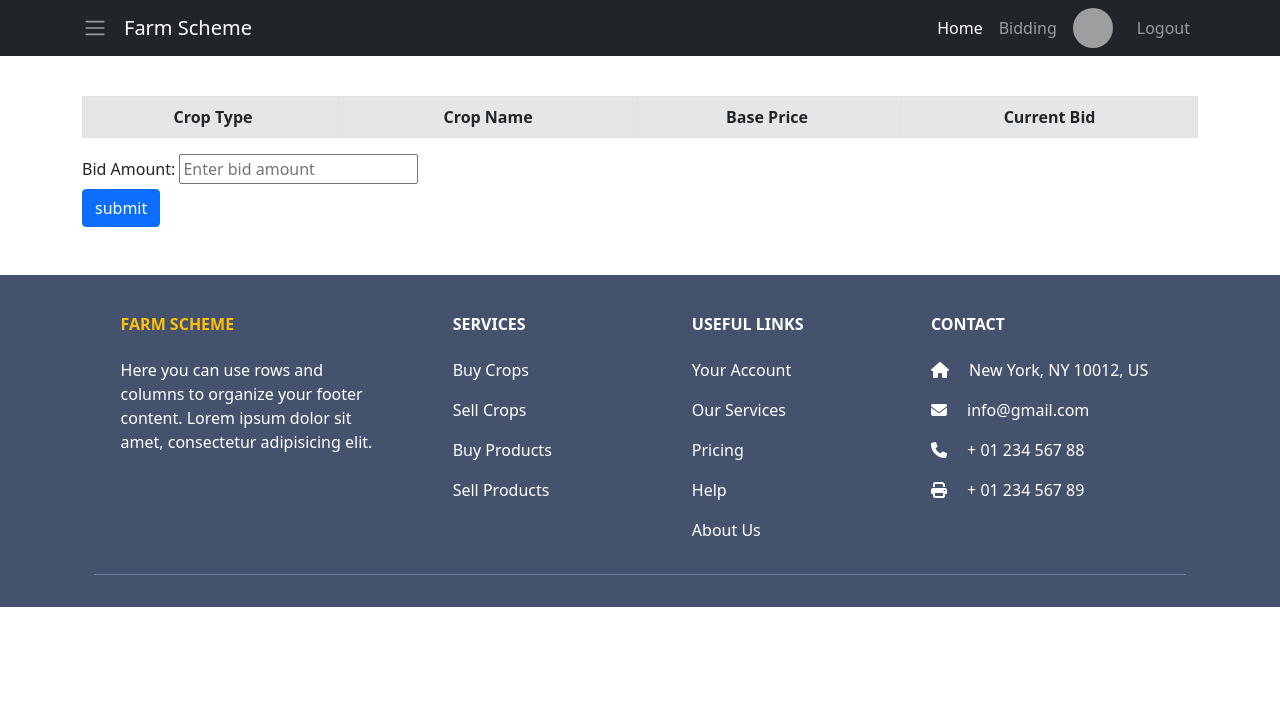
Repository: lavakumar17/Farmscheme
Page: http://localhost/demo/bidder/dashboard.jsp
An editor plug-in stored every save of this project. The page is shown before and after the next save, followed by the edit.
The browser window is 1280 px wide. The pictures show the whole page.
Pictures or frames that could not be fetched are drawn as grey boxes. Some web libraries are served in a nearby version. The page is served by Tomcat 9. Other server files are loaded and not shown. The template is opened directly, without the code that normally fills it, so the values that code supplies are empty.

Above is the page before, as saved 2022-06-23 05:06:39.

### MainProject/demo/src/main/webapp/bidder/dashboard.jsp
<%@ page language="java" contentType="text/html; charset=ISO-8859-1"
    pageEncoding="ISO-8859-1" isELIgnored="false"%>
    <%@taglib  uri="http://java.sun.com/jsp/jstl/core" prefix="c" %>
<!DOCTYPE html>
<html lang="en">
<head>
    <meta charset="UTF-8">
    <meta http-equiv="X-UA-Compatible" content="IE=edge">
    <meta name="viewport" content="width=device-width, initial-scale=1.0">
    <!-- Font awesome -->
    <%@include file="../fontawesome.jsp" %>
    <!-- BootStrap css and JavaScript links -->
    <%@include file="bootstrap_links.jsp" %>
    <title>Document</title>
    <!-- custom stylesheet -->
    <link href="../css/dashboard.css" rel="stylesheet"/>
</head>
<body>
<nav class="navbar navbar-expand-lg navbar-dark bg-dark fixed-top">
    <div class="container-fluid container">
      <button class="navbar-toggler-icon btn btn-default" id="menu-toggle"><a href="#menu-toggle"></a></button>
      <a class="navbar-brand pl-3" href="">Farm Scheme</a>
      <button
        class="navbar-toggler"
        type="button"
        data-bs-toggle="collapse"
        data-bs-target="#navbarNavDropdown"
        aria-controls="navbarNavDropdown"
        aria-expanded="false"
        aria-label="Toggle navigation"
      >
        <span class="navbar-toggler-icon"></span>
      </button>
      <div class="collapse navbar-collapse" id="navbarNavDropdown">
        <ul class="navbar-nav ms-auto">
          <li class="nav-item">
            <a class="nav-link active" aria-current="page" href="/receptionist/dashboard">Home</a>
          </li>
          <li class="nav-item">
            <a class="nav-link" href="/receptionist/availableRooms">Bidding</a>
          </li>
          <!-- <li class="nav-item">
            <a class="nav-link" href="#">Features</a>
          </li> -->
<!--           <li class="nav-item">
            <a class="nav-link" href="/receptionist/pricing">Insurance</a>
          </li> -->
          <li>
            <div class="d-sm-flex pl-2">
              <div class="d-none d-md-block">
                <img src="http://randomuser.me/api/portraits/men/12.jpg" class="rounded-circle d-none d-md-block" alt="" style="overflow: hidden; width: 40px; height: 40px;">
              </div>
              <a class="nav-link" href="#">
                   ${rname}
              </a>
          </li>
          <li>
            <a href="/logout" class="nav-link">Logout</a>
<!--             <form name="logoutForm" action="/logout" method="post" hidden="true">
      				<input hidden type="submit" value="/Logout"/>
			</form>  -->
          </li>
        </ul>
      </div>
    </div>
  </nav>
<br><br>
    <div id="wrapper" class="toggled">

        <!-- Sidebar -->
        <div id="sidebar-wrapper">
            <ul class="sidebar-nav">
                <li class="sidebar-brand">
                  <!-- <div class="container"> -->
                    <div class="d-sm-flex">
                    <div class="d-none d-sm-block">
                      <i class="fa fa-user-circle-o text-warning pt-3" aria-hidden="true" style="font-size:30px;"></i>
                </div>
                    <a href="#">
                        ${rname}
                    </a>
                  </div>
                <!-- </div> -->
                </li>
                <li>
                    <a href="/receptionist/dashboard.jsp">Dashboard</a>
                </li>
                <li>
                    <a href="javascript:document.bookRoomForm.submit()">Place Bid</a>

                </li>
                <li>
                    <a href="javascript:document.bookingInfoForm.submit()">Purchase History</a>
                </li>
                <li>
                  <a href="javascript:document.checkBillForm.submit()">View Market Place</a>
              </li>
                <li>
                  <a href="/logout">Logout</a>
                </li>
            </ul>
        </div>

        <!-- /#sidebar-wrapper -->
        <br><br>

        <section>
<div class="container">
<table class="table table-bordered table-striped text-center table-responsive-md">
<tr>
<th>Crop Type</th>
<th>Crop Name</th>
<th>Base Price</th>
<th>Current Bid</th>
</tr>
<c:forEach var="sellRequest" items="${sellRequest}" varStatus="status">
<tr>
<td>${sellRequest.cropType }</td>
<td>${sellRequest.cropName }</td>
<td>${1000 }</td>
<td>${cBid }</td>
</tr>
</c:forEach>
</table>
</div>
</section>
<div class="container">
<form action="/bidder/bidAmount" method="post">
<label>Bid Amount:</label>
<input type="text" name="bidAmount" placeholder="Enter bid amount"><br>
<button class="btn btn-primary" type="submit">submit</button>
</form>
</div>
<br><br>
<!-- Footer -->
<%@include file="footer.jsp" %>
<script>
if ( window.history.replaceState ) {
  window.history.replaceState( null, null, "/bidder/dashboard.jsp" );
}
</script>
</body>
</html>

### MainProject/demo/src/main/webapp/fontawesome.jsp
<%@ page language="java" contentType="text/html; charset=ISO-8859-1"
    pageEncoding="ISO-8859-1"%>
    <!-- Font awesome -->
<script src="https://kit.fontawesome.com/29ed69fada.js" crossorigin="anonymous"></script>

### MainProject/demo/src/main/webapp/bidder/bootstrap_links.jsp
<!-- CSS only -->
<link rel="stylesheet" href="https://cdn.jsdelivr.net/npm/bootstrap@4.4.1/dist/css/bootstrap.min.css">
<link href="https://cdn.jsdelivr.net/npm/bootstrap@5.1.3/dist/css/bootstrap.min.css" rel="stylesheet"/>

<!-- JavScript Bundle with Popper -->
<script src="https://code.jquery.com/jquery-3.4.1.slim.min.js"></script>
<script src="https://cdn.jsdelivr.net/npm/popper.js@1.16.0/dist/umd/popper.min.js" ></script>
<script src="https://cdn.jsdelivr.net/npm/bootstrap@4.4.1/dist/js/bootstrap.min.js" ></script>
<script src="https://cdn.jsdelivr.net/npm/bootstrap@5.1.3/dist/js/bootstrap.bundle.min.js"></script>

### MainProject/demo/src/main/webapp/bidder/footer.jsp
<!-- Footer -->
  <footer
          class="text-center text-lg-start text-white"
          style="background-color: #45526e"
          id="footer"
          >
    <!-- Grid container -->
    <div class="container p-4 pb-0">
      <!-- Section: Links -->
      <section class="">
        <!--Grid row-->
        <div class="row">
          <!-- Grid column -->
          <div class="col-md-3 col-lg-3 col-xl-3 mx-auto mt-3">
            <h6 class="text-uppercase mb-4 font-weight-bold">
              <span class="text-warning">FARM SCHEME</span>
            </h6>
            <p>
              Here you can use rows and columns to organize your footer
              content. Lorem ipsum dolor sit amet, consectetur adipisicing
              elit.
            </p>
          </div>
          <!-- Grid column -->

          <hr class="w-100 clearfix d-md-none" />

          <!-- Grid column -->
          <div class="col-md-2 col-lg-2 col-xl-2 mx-auto mt-3">
            <h6 class="text-uppercase mb-4 font-weight-bold">SERVICES</h6>
            <p>
              <a class="text-white">Buy Crops</a>
            </p>
            <p>
              <a class="text-white">Sell Crops</a>
            </p>
            <p>
              <a class="text-white">Buy Products</a>
            </p>
            <p>
              <a class="text-white">Sell Products</a>
            </p>
          </div>
          <!-- Grid column -->

          <hr class="w-100 clearfix d-md-none" />

          <!-- Grid column -->
          <div class="col-md-3 col-lg-2 col-xl-2 mx-auto mt-3">
            <h6 class="text-uppercase mb-4 font-weight-bold">
              Useful links
            </h6>
            <p>
              <a class="text-white">Your Account</a>
            </p>
            <p>
              <a class="text-white">Our Services</a>
            </p>
            <p>
              <a class="text-white">Pricing</a>
            </p>
            <!-- <p>
              <a class="text-white">Become an Affiliate</a>
            </p> -->
            <p>
              <a class="text-white">Help</a>
            </p>
            <p>
              <a class="text-white">About Us</a>
            </p>
          </div>

          <!-- Grid column -->
          <hr class="w-100 clearfix d-md-none" />

          <!-- Grid column -->
          <div class="col-md-4 col-lg-3 col-xl-3 ms-auto mt-3">
            <h6 class="text-uppercase mb-4 font-weight-bold">Contact</h6>
            <p><i class="fas fa-home mr-3"></i> New York, NY 10012, US</p>
            <p><i class="fas fa-envelope mr-3"></i> info@gmail.com</p>
            <p><i class="fas fa-phone mr-3"></i> + 01 234 567 88</p>
            <p><i class="fas fa-print mr-3"></i> + 01 234 567 89</p>
          </div>
          <!-- Grid column -->
        </div>
        <!--Grid row-->
      </section>
      <!-- Section: Links -->

      <hr class="my-3">

      <!-- Section: Copyright -->
      <section class="p-3 pt-0">
        <div class="row d-flex align-items-center">
          <!-- Grid column -->
          <div class="col-md-7 col-lg-8 text-center text-md-start">
            <!-- Copyright -->
            <!-- <div class="p-3">
              © 2020 Copyright:
              <a class="text-white" href="https://mdbootstrap.com/"
                 >farmscheme.com</a
                >
            </div> -->
            <!-- Copyright -->
          </div>
          <!-- Grid column -->

          <!-- Grid column -->
         <!--  <div class="col-md-5 col-lg-4 ml-lg-0 text-center text-md-end">
            Facebook
            <a
               class="btn btn-outline-light btn-floating m-1"
               class="text-white"
               role="button"
               ><i class="fab fa-facebook-f"></i
              ></a>

            Twitter
            <a
               class="btn btn-outline-light btn-floating m-1"
               class="text-white"
               role="button"
               ><i class="fab fa-twitter"></i
              ></a>

            Google
            <a
               class="btn btn-outline-light btn-floating m-1"
               class="text-white"
               role="button"
               ><i class="fab fa-google"></i
              ></a>

            Instagram
            <a
               class="btn btn-outline-light btn-floating m-1"
               class="text-white"
               role="button"
               ><i class="fab fa-instagram"></i
              ></a>
          </div> -->
          <!-- Grid column -->
        </div>
      </section>
      <!-- Section: Copyright -->
    </div>
    <!-- Grid container -->
  </footer>
  <!-- Footer -->

### MainProject/demo/src/main/webapp/css/dashboard.css
@charset "ISO-8859-1";
      /*!
 * Start Bootstrap - Simple Sidebar HTML Template (http://startbootstrap.com)
 * Code licensed under the Apache License v2.0.
 * For details, see http://www.apache.org/licenses/LICENSE-2.0.
 */

/* Toggle Styles */

#wrapper {
  padding-left: 0;
  -webkit-transition: all 0.5s ease;
  -moz-transition: all 0.5s ease;
  -o-transition: all 0.5s ease;
  transition: all 0.5s ease;
}
#wrapper.toggled {
  padding-left: 250px;
}
#sidebar-wrapper {
  z-index: 1000;
  position: fixed;
  left: 250px;
  width: 0;
  height: 100%;
  margin-left: -250px;
  overflow-y: auto;
  background: #000;
  -webkit-transition: all 0.5s ease;
  -moz-transition: all 0.5s ease;
  -o-transition: all 0.5s ease;
  transition: all 0.5s ease;
}
#wrapper.toggled #sidebar-wrapper {
  width: 250px;
}
#page-content-wrapper {
  width: 100%;
  position: absolute;
  padding: 15px;
}
#wrapper.toggled #page-content-wrapper {
  position: absolute;
  margin-right: -250px;
}
/* Sidebar Styles */

.sidebar-nav {
  position: absolute;
  top: 0;
  width: 250px;
  margin: 0;
  padding: 0;
  list-style: none;
}
.sidebar-nav li {
  text-indent: 20px;
  line-height: 40px;
}
.sidebar-nav li a {
  display: block;
  text-decoration: none;
  color: #999999;
}
.sidebar-nav li a:hover {
  text-decoration: none;
  color: #fff;
  background: rgba(255, 255, 255, 0.2);
}
.sidebar-nav li a:active,
.sidebar-nav li a:focus {
  text-decoration: none;
}
.sidebar-nav > .sidebar-brand {
  height: 65px;
  font-size: 18px;
  line-height: 60px;
}
.sidebar-nav > .sidebar-brand a {
  color: #999999;
}
.sidebar-nav > .sidebar-brand a:hover {
  color: #fff;
  background: none;
}
@media(min-width:768px) {
  #wrapper {
    padding-left: 250px;
  }
  #wrapper.toggled {
    padding-left: 0;
  }
  #sidebar-wrapper {
    width: 250px;
  }
  #wrapper.toggled #sidebar-wrapper {
    width: 0;
  }
  #page-content-wrapper {
    padding: 20px;
    position: relative;
  }
  #wrapper.toggled #page-content-wrapper {
    position: relative;
    margin-right: 0;
  }
}

After the next save:
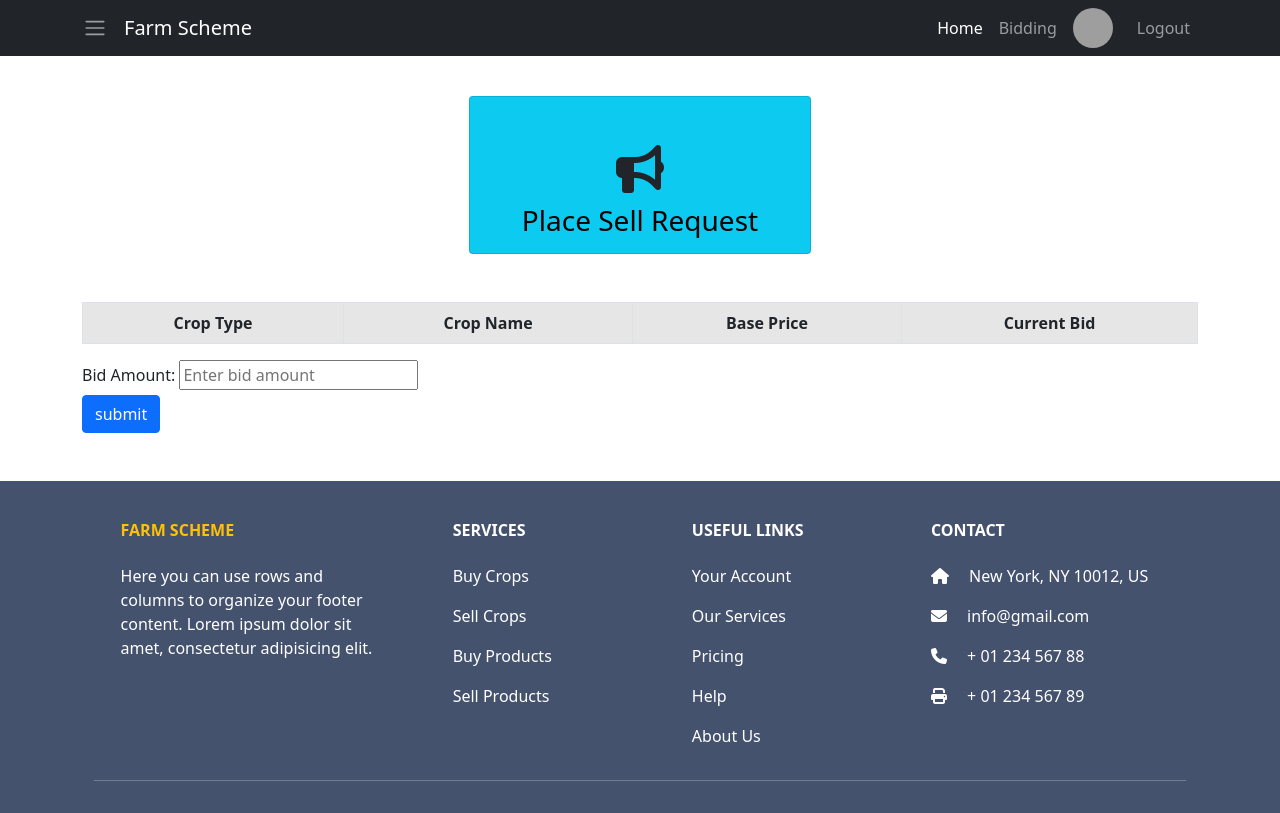
Saved 94 s later.
--- a/MainProject/demo/src/main/webapp/bidder/dashboard.jsp
+++ b/MainProject/demo/src/main/webapp/bidder/dashboard.jsp
@@ -103,7 +103,22 @@
 
         <!-- /#sidebar-wrapper -->
         <br><br>
-
+        <div class="container">
+          <div class="row">
+            <div class="d-md-flex justify-content-center pb-5">
+              <div class="col-md-4 col-xl-4">
+                <div class="card bg-info order-card">
+                  <div class="card-block d-none d-md-block">
+                    <i class="fas fa-bullhorn p-5 pb-1 fa-3x text-center w-100"></i>
+                  </div>
+                  <a class="btn btn-info" href="javascript:document.sellRequestForm.submit()" role="button"><h3>Place Sell Request</h3></a>
+                <form name="sellRequestForm" action="/farmer/sellRequest" hidden="true" method="get">
+      				<input hidden type="submit" value=""/></form>
+                </div>
+              </div>
+              </div>
+              </div>
+              </div>
         <section>
 <div class="container">
 <table class="table table-bordered table-striped text-center table-responsive-md">
